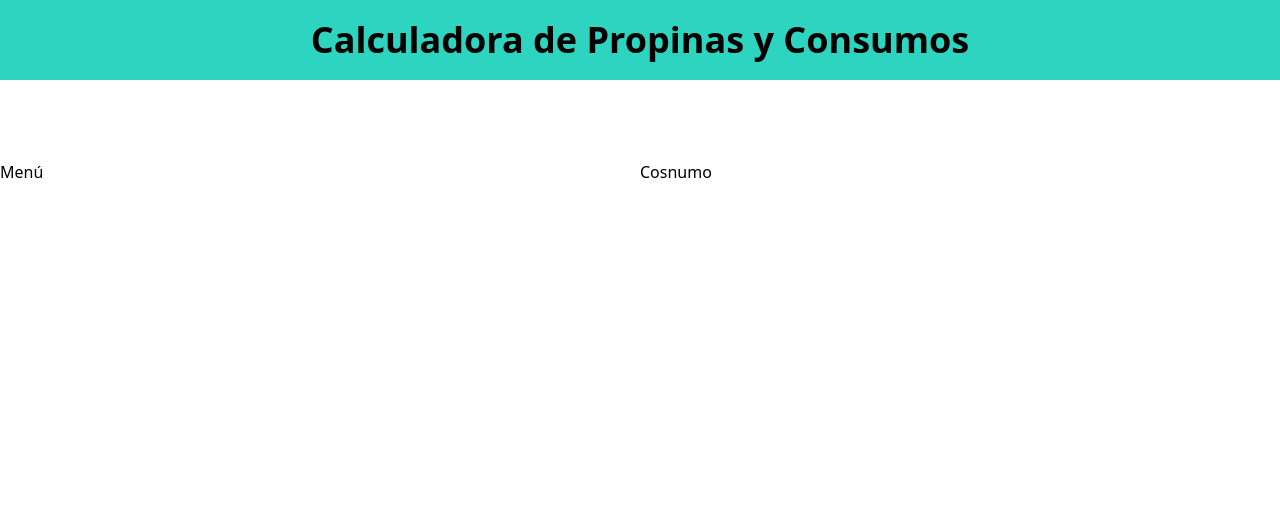
Repository: Matiiu/tip-calculator
Page: /
The author's editor kept a copy of each file at every save. The page is drawn from the files as they stood at one save, then again after the next save.
The browser window is 1280 px wide. The pictures show the whole page.
The project was rebuilt for these pictures with package versions that can differ from the ones it lists, and the page was loaded fresh each time. Also part of the build but not shown: vite.config.ts.

Above is the page before, as saved 2024-03-29 09:43:25.

### src/App.tsx
import Header from "./components/Header";
import { menuItems } from "./api/db";

export default function App() {
  return (
    <>
      <Header />

      <main className="max-w-7xl mx-auto py-20 grid md:grid-cols-2">
        <div>
          <h2>Menú</h2>
        </div>

        <div>
          <h2>Cosnumo</h2>

        </div>
      </main>
    </>
  )
}

### src/components/Header.tsx
export default function Header() {
  return (
    <header className="bg-teal-400 py-5">
        <h1 className="text-center text-4xl font-black">Calculadora de Propinas y Consumos</h1>
    </header>
  )
}

### src/api/db.ts
import type { MenuItem } from '../types';

export const menuItems: MenuItem[] = [
  {
    id: 1,
    name: "Pizza a la Leña Chica",
    price: 30,
  },
  {
    id: 2,
    name: "Pizza a la Leña Mediana",
    price: 50,
  },
  {
    id: 3,
    name: "Rebanada de Pay de Limón",
    price: 30,
  },
  {
    id: 4,
    name: "Rebanada de Pastel de Chocolate",
    price: 30,
  },
  {
    id: 5,
    name: "Jugo de Naranja",
    price: 15,
  },
  {
    id: 6,
    name: "Pizza a la Leña Grande",
    price: 70,
  },
  {
    id: 7,
    name: "Rib Eye 800g",
    price: 100,
  },
  {
    id: 8,
    name: "Jugo de Naranja",
    price: 15,
  },
  {
    id: 9,
    name: "Tequila",
    price: 40,
  },
  {
    id: 10,
    name: "Rebanada de Pay de Queso",
    price: 30,
  },
  {
    id: 11,
    name: "Café Americano",
    price: 20,
  },
  {
    id: 12,
    name: "Café Capuchino",
    price: 40,
  },
];

### src/components/MenuItem.tsx
export default function MenuItem() {
  return (
    <div>MenuItem</div>
  )
}

Loaded but not shown: index.html (common file); src/main.tsx (common file); src/index.css (common file); tailwind.config.js (common file)

After the next save:
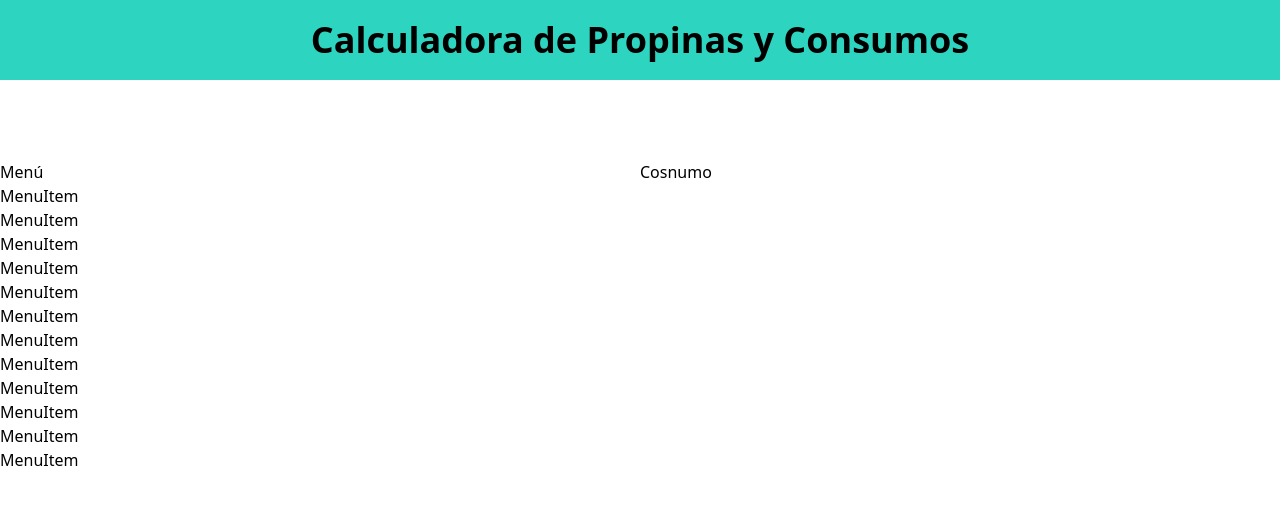
Saved 57 s later.
--- a/src/App.tsx
+++ b/src/App.tsx
@@ -1,5 +1,6 @@
 import Header from "./components/Header";
 import { menuItems } from "./api/db";
+import MenuItem from "./components/MenuItem";
 
 export default function App() {
   return (
@@ -9,6 +10,12 @@ export default function App() {
       <main className="max-w-7xl mx-auto py-20 grid md:grid-cols-2">
         <div>
           <h2>Menú</h2>
+
+          {menuItems.map(item => (
+            <MenuItem
+              key={item.id}
+            />
+          ))}
         </div>
 
         <div>
